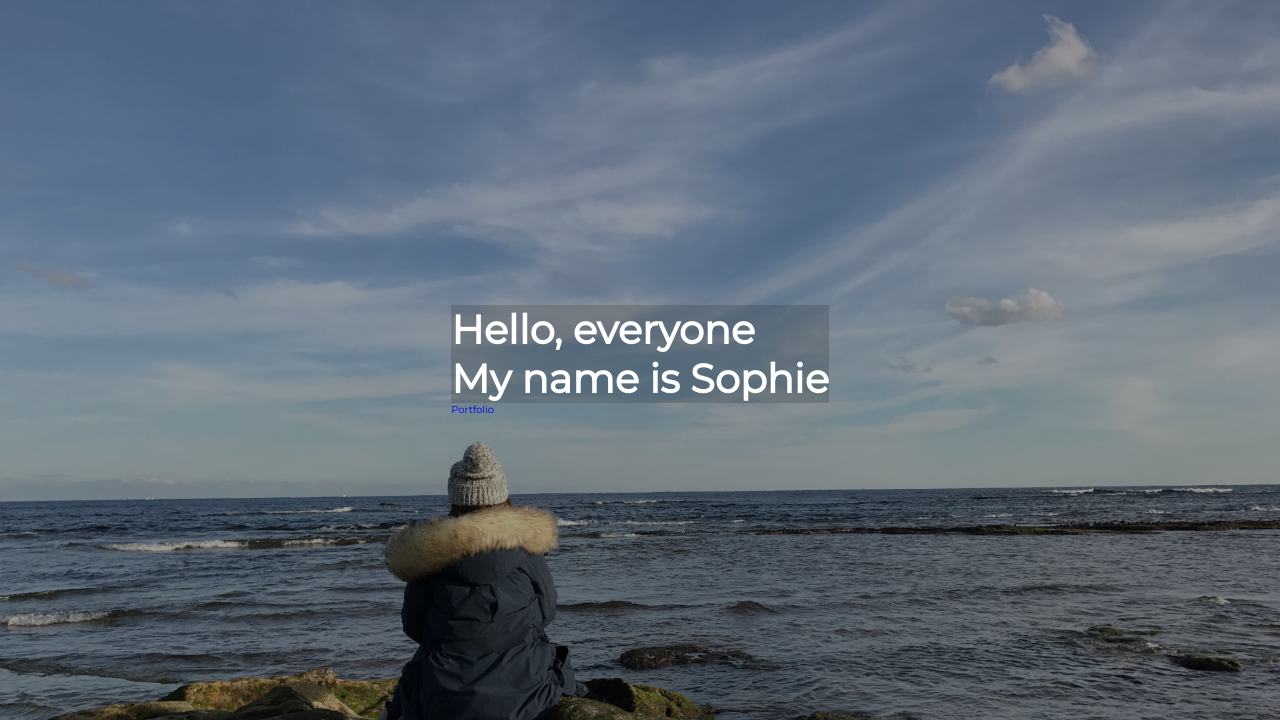
Repository: wenxi0504/StaticWebsite_Profolio
Page: index.html
An editor plug-in stored every save of this project. The page is shown before and after the next save, followed by the edit.
The browser window is 1280 px wide. The pictures show the whole page.

Above is the page before, as saved 2022-03-01 22:39:13.

After the next save:
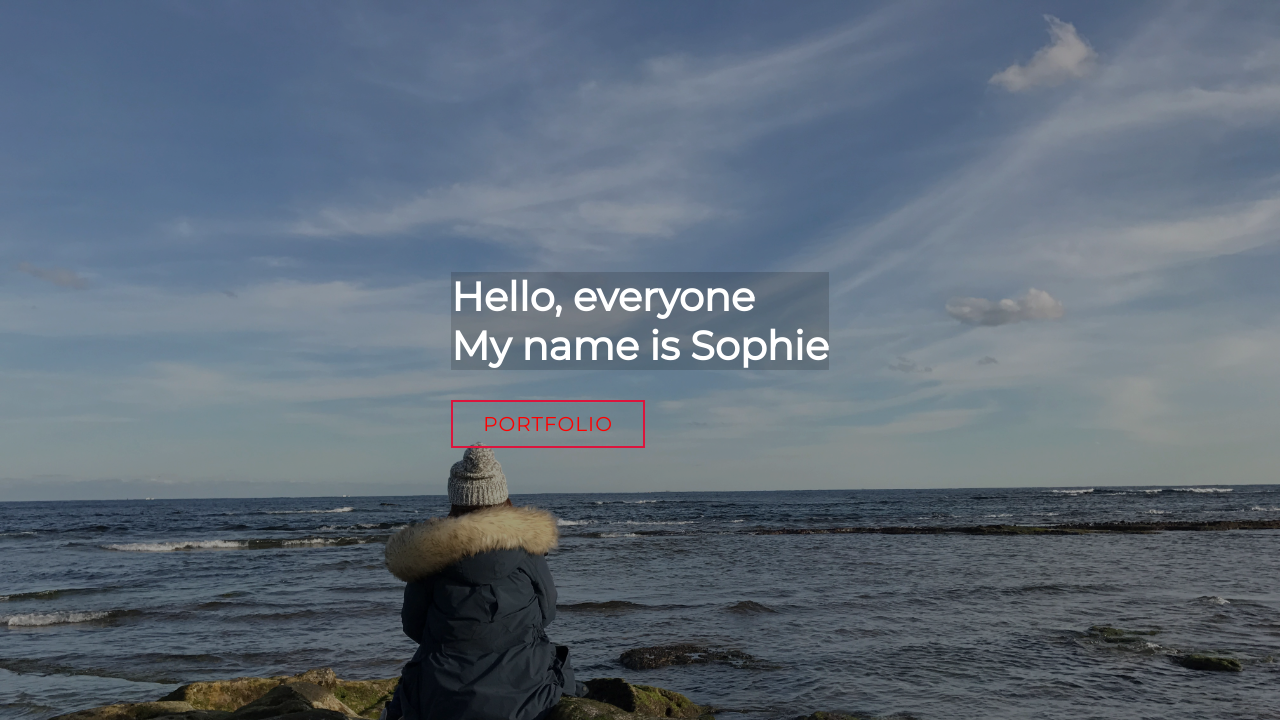
Saved 5 min 52 s later.
--- a/style.css
+++ b/style.css
@@ -53,5 +53,17 @@ z-index: 1;
     color: white;
 }
 
+#myIntro .cta{
+    display: inline-block;
+    padding: 10px 30px;
+    color:red;
+    background-color:transparent;
+    border: 2px solid crimson;
+    font-size: 2rem;
+    text-transform: uppercase;
+    letter-spacing: .1rem;
+    margin-top: 30px;
+    transition: .3s ease background-color;
+}
 
 /* end myIntro section */
